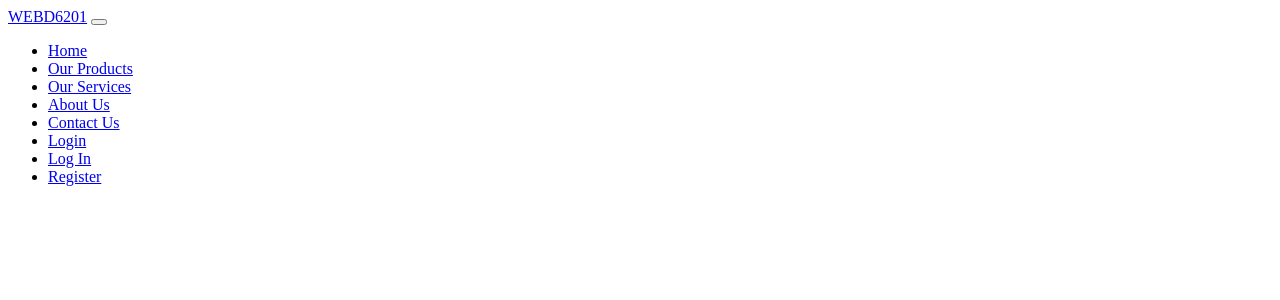
Repository: tbazouzi-durham/tbazouzi-durham.github.io
Page: header.html
The author's editor kept a copy of each file at every save. The page is drawn from the files as they stood at one save, then again after the next save.
The browser window is 1280 px wide. The pictures show the whole page.

Above is the page before, as saved 2022-02-19 21:03:03.

### header.html
<nav class="navbar navbar-expand-lg navbar-dark bg-dark">
    <div class="container-fluid">
      <a class="navbar-brand" href="index.html"><i class="fas fa-spider"></i> WEBD6201</a>
      <button class="navbar-toggler" type="button" data-bs-toggle="collapse" data-bs-target="#navbarSupportedContent" aria-controls="navbarSupportedContent" aria-expanded="false" aria-label="Toggle navigation">
        <span class="navbar-toggler-icon"></span>
      </button>
      <div class="collapse navbar-collapse" id="navbarSupportedContent">
        <ul class="navbar-nav ms-auto mb-2 mb-lg-0">
          <li class="nav-item">
            <a class="nav-link" href="index.html"><i class="fas fa-home"></i> Home</a>
          </li>
          <li class="nav-item">
            <a class="nav-link" href="products.html"><i class="fas fa-project-diagram"></i>Our Products</a>
          </li>
          <li class="nav-item">
            <a class="nav-link" href="services.html"><i class="fas fa-map-signs"></i>Our Services</a>
          </li>
          <li class="nav-item">
            <a class="nav-link" href="about.html"><i class="fas fa-info"></i> About Us</a>
          </li>
          <li class="nav-item">
            <a class="nav-link" href="contact.html"><i class="fas fa-envelope"></i> Contact Us</a>
            <li class="nav-item">
                <a class="nav-link" href="login.html"><i class="fas fa-sign-in-alt"></i> Login</a>
              </li>
          </li>
          <li class="nav-item">
            <a class="nav-link" href="login.html"><i class="fas fa-envelope"></i> Log In</a>
          </li>
          <li class="nav-item">
            <a class="nav-link" href="register.html"><i class="fas fa-envelope"></i> Register</a>
          </li>
        </ul>
      </div>
    </div>
  </nav>

After the next save:
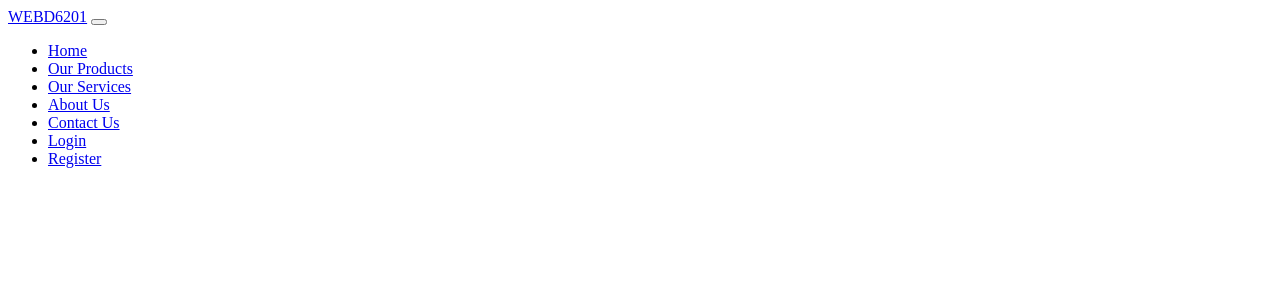
Saved 2 min 35 s later.
--- a/header.html
+++ b/header.html
@@ -25,9 +25,6 @@
               </li>
           </li>
           <li class="nav-item">
-            <a class="nav-link" href="login.html"><i class="fas fa-envelope"></i> Log In</a>
-          </li>
-          <li class="nav-item">
             <a class="nav-link" href="register.html"><i class="fas fa-envelope"></i> Register</a>
           </li>
         </ul>
